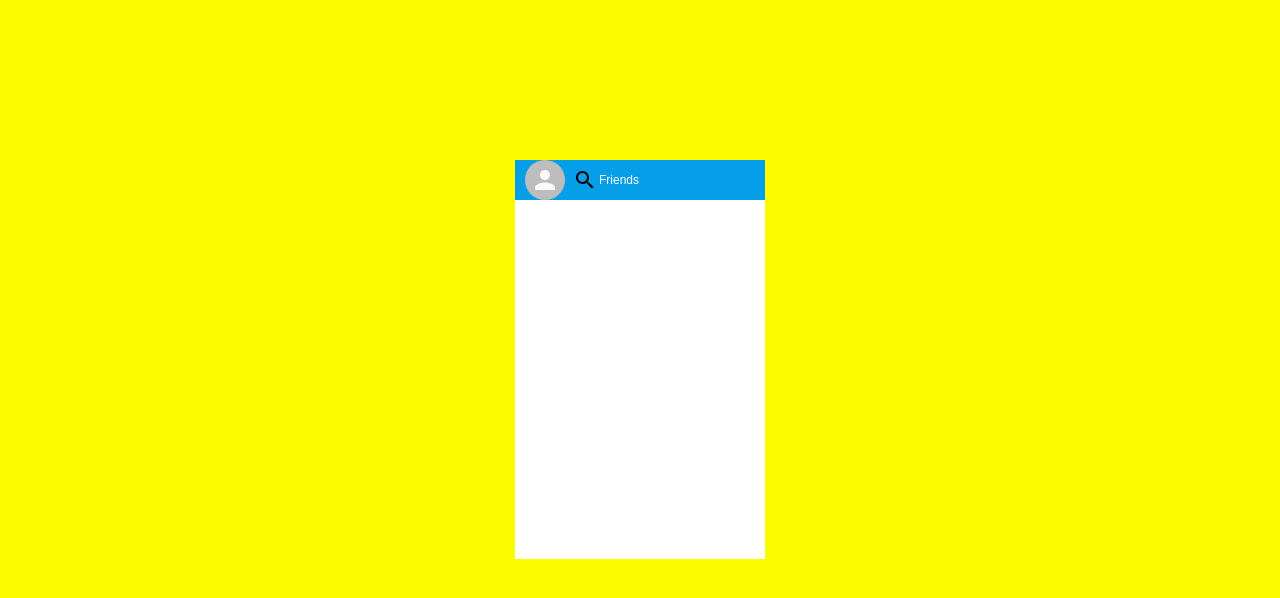
Repository: om1ars/camera-func
Page: /chats
An editor plug-in stored every save of this project. The page is shown before and after a run of saves, followed by the edit.
The browser window is 1280 px wide. The pictures show the whole page.
The project was rebuilt for these pictures with package versions that can differ from the ones it lists, and the page was loaded fresh each time. Also part of the build but not shown: src/WebcamCapture.css, src/WebCamCapture.js, src/Preview.css, src/firebase.js, src/Preview.js.

Above is the page before, as saved 2021-11-24 16:53:11.

### src/index.js
import React from 'react';
import ReactDOM from 'react-dom';
import './index.css';
import App from './App';
import reportWebVitals from './reportWebVitals';
import { Provider } from 'react-redux';
import { store } from './features/store';

ReactDOM.render(
  <React.StrictMode>
    <Provider store={store}>
    <App />
    </Provider>
  </React.StrictMode>,
  document.getElementById('root')
);

// If you want to start measuring performance in your app, pass a function
// to log results (for example: reportWebVitals(console.log))
// or send to an analytics endpoint. Learn more: https://bit.ly/CRA-vitals
reportWebVitals();

### src/App.js
import "./App.css";
import WebCamCapture from "./WebCamCapture";
import { BrowserRouter, Switch, Route } from "react-router-dom";
import Preview from "./Preview";
import Cahts from "./Cahts";

function App() {
  return (
    <div className="app">
      <BrowserRouter>
        <div className="app__body">
          <Switch>
            <Route exact path="/">
              <WebCamCapture />
            </Route>
            <Route path="/preview">
              <Preview />
            </Route>
            <Route path="/chats">
              <Cahts />
            </Route>
          </Switch>
        </div>
      </BrowserRouter>
    </div>
  );
}

export default App;

### src/features/store.js
import reducers from "./reducers";

const { configureStore } = require("@reduxjs/toolkit");



export const store = configureStore({
    reducer: reducers
})

### src/App.css
.app {
  display: flex;
  flex-direction: column;
  align-items: center;
  justify-content: center;
  background-color: #fcfc01;
  min-height: 100vh;
}

### src/Cahts.js
import { Avatar } from "@material-ui/core";
import { Search } from "@material-ui/icons";
import React from "react";
import "./Chats.css";

export default function Cahts() {
  return (
    <div className="chats">
      <div className="chats__header">
        <Avatar className="chats__avatar" />
        <div className="chats__search">
          <Search />
          <input placeholder="Friends" className="chats__chatIcon" />
        </div>
      </div>
      <div className="chat__posts"></div>
    </div>
  );
}

### src/features/reducers.js
import { combineReducers } from "redux";
import appSlice from "./slices/appSlice";
import cameraSlice from "./slices/cameraSlice";
import userSlice from "./slices/userSlice";

export default combineReducers({
  user: userSlice,
  app: appSlice,
  camera: cameraSlice,
});

### src/features/slices/cameraSlice.js
import { createSlice } from "@reduxjs/toolkit";

const initialState = {
  cameraImage: null,
};

const cameraSlice = createSlice({
  name: "camera",
  initialState,
  reducers: {
    setCameraImage(state, action) {
      state.cameraImage = action.payload;
    },
    resetCameraImage(state, action) {
      state.cameraImage = null;
    },
  },
});

export const { setCameraImage, resetCameraImage } = cameraSlice.actions;
export const selectedCameraImage = (state) => state.camera.cameraImage;
export default cameraSlice.reducer;

### src/Chats.css
.chats{
    position: relative;
    height: 400px;
    width: 250px;
    height: 400px;
}
.chats__header {
    display: flex;
    justify-content: space-between;
    align-items: center;
    padding-left: 10px;
    padding-right: 10px;
    background-color: #059ee8;
}
.chats__search {
    display: flex;
    align-items: center;
    flex: 1;
    padding-left: 8px;
}
.chats__search > input {
    outline: none;
    background-color: transparent;
    border: none;
    font-size: 12px;
    flex: 1;
    color: white;
}
.chats__search > input::placeholder {
    color: white;
    opacity: 1;
}
.chat__posts {
    height: 359px;
    background-color: white;

}

### src/features/slices/appSlice.js
import { createSlice } from "@reduxjs/toolkit";

const appSlice = createSlice({
  name: "app",
  initialState: {
    value: 0,
  },
  reducers: {},
});

export const {} = appSlice.actions;
export const selectApp = (state) => state.app.value;
export default appSlice.reducer;

### src/features/slices/userSlice.js
import { createSlice } from "@reduxjs/toolkit";

const initialState = {
  user: null,
};

const userSlice = createSlice({
  name: "user",
  initialState,
  reducers: {},
});

export const {} = userSlice.actions;
export default userSlice.reducer;

Loaded but not shown: public/index.html (common file); src/index.css (common file); src/reportWebVitals.js (common file)

After the next 2 saves:
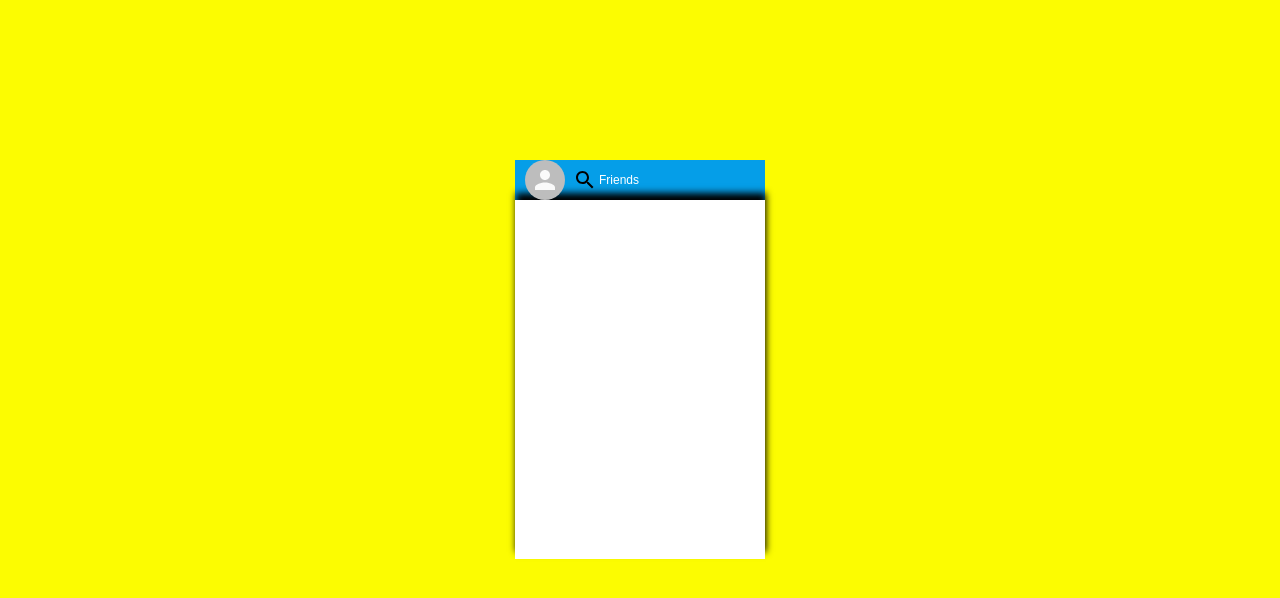
The 2 saves are shown as one change because they came seconds apart.
The last was saved 10 s later.
--- a/src/Chats.css
+++ b/src/Chats.css
@@ -33,5 +33,5 @@
 .chat__posts {
     height: 359px;
     background-color: white;
-
+    box-shadow: 1px -7px 7px ;
 }
